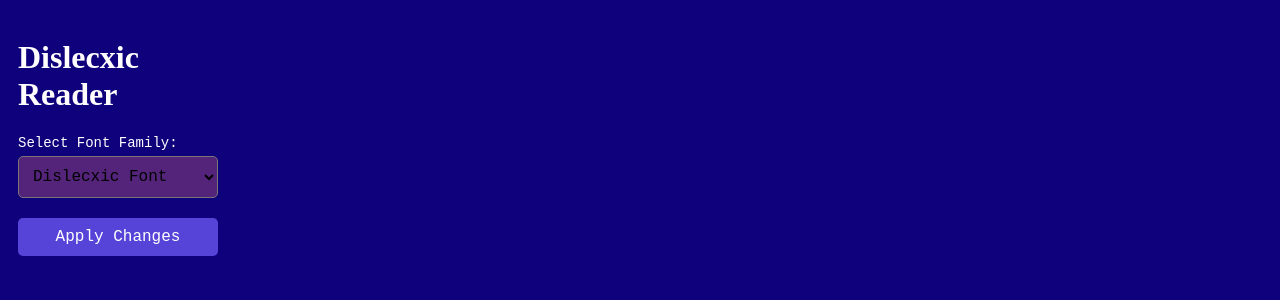
Repository: adatechschool/extension-navigateur-extension_walid_eliana_imelda
Page: Extention 3/popup.html
The author's editor kept a copy of each file at every save. The page is drawn from the files as they stood at one save, then again after the next save.
The browser window is 1280 px wide. The pictures show the whole page.

Above is the page before, as saved 2024-01-12 16:06:00.

### Extention 3/popup.html
<!-- popup.html -->
<!DOCTYPE html>
<html>
<head>
  <link rel="stylesheet" type="text/css" href="popup.css">
  <script type="module" src="popup.js"></script>

  <link rel="preconnect" href="https://fonts.googleapis.com">
<link rel="preconnect" href="https://fonts.gstatic.com" crossorigin>
<link href="https://fonts.googleapis.com/css2?family=Montserrat:wght@400;700&display=swap" rel="stylesheet">

</head>
<body>
    <h1> Dislecxic Reader </h1>
  <label for="font-family">Select Font Family:</label>

  <select id="font-family">

    <option value="Montserrat">Dislecxic Font</option>

    <option value="Arial"> Lettres en Gras</option>

    <option value="Courier New"> Le deux</option>
    <!-- Add more font options as needed -->
  </select>

  <button id="apply-button">Apply Changes</button>
</body>
</html>

### Extention 3/popup.css
body {
    width: 200px;
    padding: 10px;
    background-color: #0f007c;
    border-radius: 5px;

  }

  label {
    font-family: monospace;
    display: block;
    margin-bottom: 5px;
    font-size: 14px;
   color : white;
  }

  select, button {
    width: 100%;
    margin-bottom: 20px;
    padding: 10px;
    font-size: 16px;
    background-color:#54247a;
    border-radius: 5px;
    font-family: monospace;
  }

  button {
    background-color: #5544d7;
    color: white;
    border: 5px;
    cursor: pointer;
  }

  button:hover {
    background-color: #357ae8;
  }
  h1 {
    color:white;
  }

### Extention 3/popup.js
document.addEventListener('DOMContentLoaded', function() {
    var applyButton = document.getElementById('apply-button');
    var fontFamilySelect = document.getElementById('font-family');

    applyButton.addEventListener('click', function() {
      var selectedFontFamily = fontFamilySelect.value;
      chrome.tabs.query({ active: true, currentWindow: true }, function(tabs) {
        chrome.tabs.sendMessage(tabs[0].id, { action: 'applyChanges', selectedFontFamily: selectedFontFamily });
      });
    });
  });

After the next save:
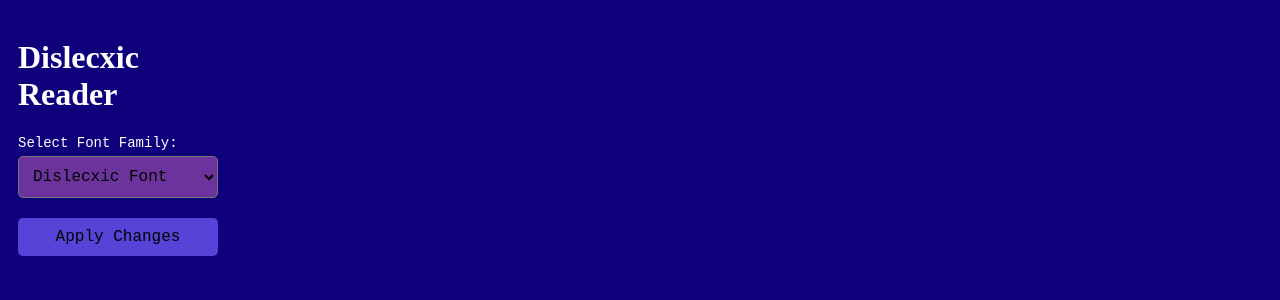
Saved 16 s later.
--- a/Extention 3/popup.css
+++ b/Extention 3/popup.css
@@ -19,14 +19,13 @@ body {
     margin-bottom: 20px;
     padding: 10px;
     font-size: 16px;
-    background-color:#54247a;
+    background-color:#6c339c;
     border-radius: 5px;
     font-family: monospace;
   }
 
   button {
     background-color: #5544d7;
-    color: white;
     border: 5px;
     cursor: pointer;
   }
